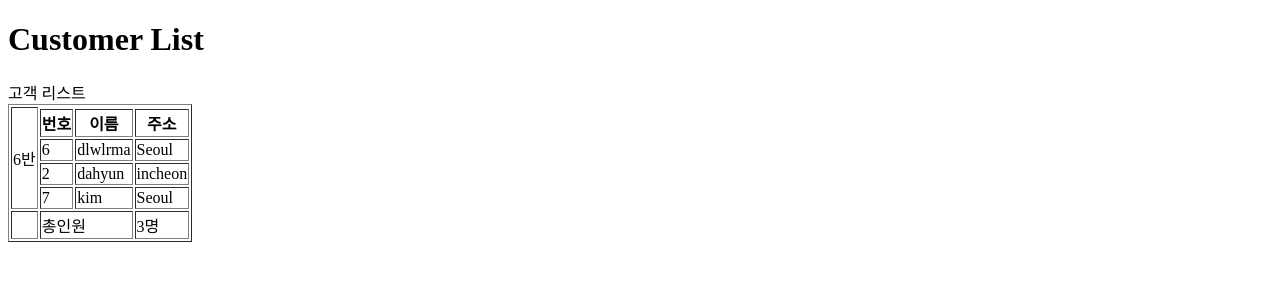
Repository: hyungju2/SSAFY_JavaPractice
Page: 20190211_HTML/web_java/HTMLProject/WebContent/html/Tabletag.html
The author's editor kept a copy of each file at every save. The page is drawn from the files as they stood at one save, then again after the next save.
The browser window is 1280 px wide. The pictures show the whole page.

Above is the page before, as saved 2019-02-11 05:00:08.

### 20190211_HTML/web_java/HTMLProject/WebContent/html/Tabletag.html
<!DOCTYPE html>
<html>
<head>
<meta charset="UTF-8">
<title>Table Tag</title>
</head>
<body>
<!-- Table Tag(2차원 표) -->
<h1> Customer List</h1>

	<table border="1">

		<thead>
		<captaion>고객 리스트</captaion> <!-- caption을 본 순간부터 제목으로 인식함. -->
		</thead>

		<tbody>

		<tr>
			<td rowspan="7">6반</td>
		</tr>

		<tr>
			<th>번호</th>
			<th>이름</th>
			<th>주소</th>
		</tr>

		<tr>
		<td>6</td>
		<td>dlwlrma</td>
		<td>Seoul</td>
		</tr>



		<tr>
		<td>2</td>
		<td>dahyun</td>
		<td>incheon</td>
		</tr>


		<tr>
		<td>7</td>
		<td>kim</td>
		<td>Seoul</td>
		</tr>
		<tfoot>
		<tr>
		<td></td>
			<td colspan="2">총인원</td>
			<td>3명</td>
		</tr>
		</tfoot>
		</tbody>

	</table>
</body>
</html>

After the next save:
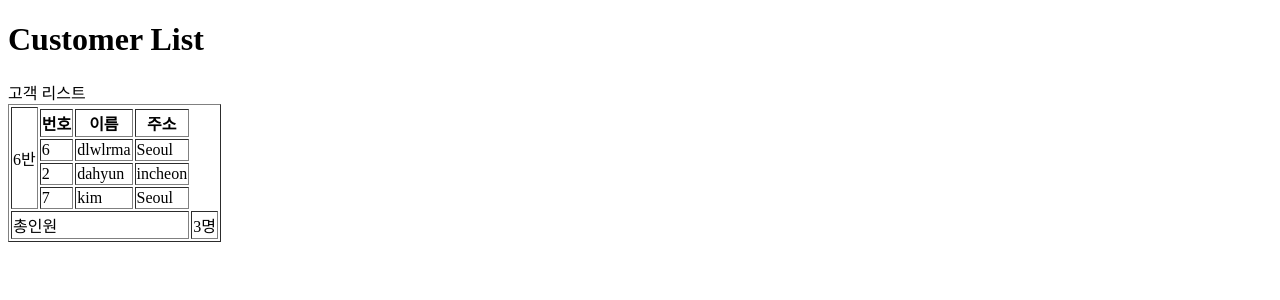
Saved 9 s later.
--- a/20190211_HTML/web_java/HTMLProject/WebContent/html/Tabletag.html
+++ b/20190211_HTML/web_java/HTMLProject/WebContent/html/Tabletag.html
@@ -48,8 +48,8 @@
 		</tr>
 		<tfoot>
 		<tr>
-		<td></td>
-			<td colspan="2">총인원</td>
+
+			<td colspan="4">총인원</td>
 			<td>3명</td>
 		</tr>
 		</tfoot>
